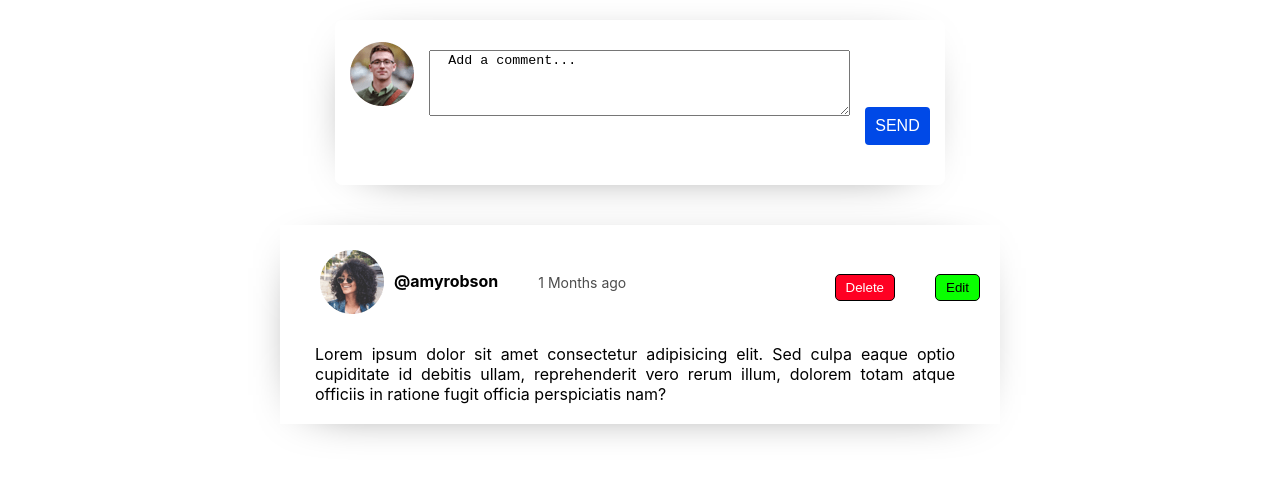
Repository: badhon252/interactive-comments-section
Page: /
An editor plug-in stored every save of this project. The page is shown before and after the next save, followed by the edit.
The browser window is 1280 px wide. The pictures show the whole page.
The project was rebuilt for these pictures with package versions that can differ from the ones it lists, and the page was loaded fresh each time.

Above is the page before, as saved 2022-01-27 23:24:42.

After the next save:
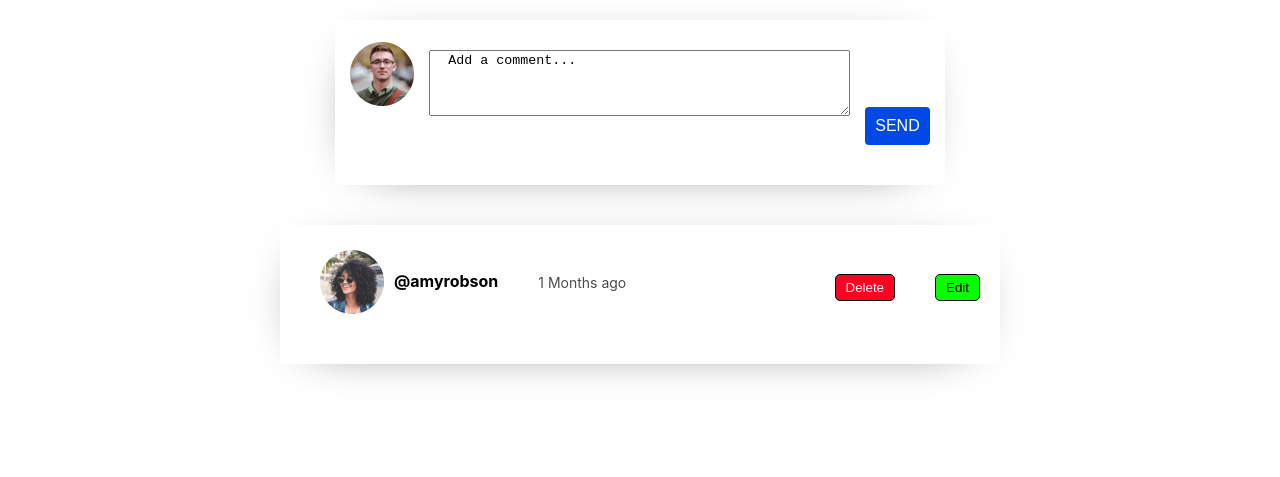
Saved 29 s later.
--- a/src/components/Comments.js
+++ b/src/components/Comments.js
@@ -1,9 +1,9 @@
 import React, { useState } from "react";
 import avatar from "../images/avatars/image-amyrobson.png";
 // import { FaTrash } from "react-icons/fa";
+import "../App.css";
 
 const Comments = () => {
-  const [input, setInput] = useState("");
   const [comment, setComment] = useState([]);
   //   const [edit, setEdit] = useState("");
   //   const [delete, setDelete] = useState([]);
@@ -20,11 +20,7 @@ const Comments = () => {
         </div>
       </div>
 
-      <p className="single-comment">
-        Lorem ipsum dolor sit amet consectetur adipisicing elit. Sed culpa eaque
-        optio cupiditate id debitis ullam, reprehenderit vero rerum illum,
-        dolorem totam atque officiis in ratione fugit officia perspiciatis nam?
-      </p>
+      <p className="single-comment">{comment}</p>
     </div>
   );
 };
